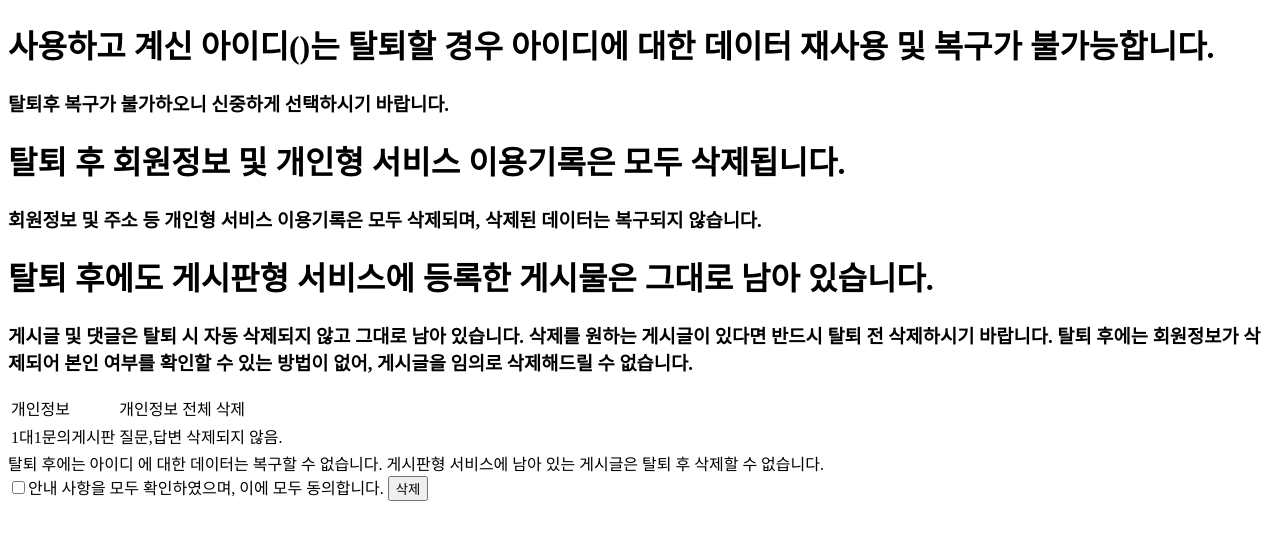
Repository: leehyeonung/project4
Page: http://localhost/book/WEB-INF/views/member/delete.jsp
An editor plug-in stored every save of this project. The page is shown before and after the next save, followed by the edit.
The browser window is 1280 px wide. The pictures show the whole page.
The page is served by Tomcat 9. Nobody is signed in. Other server files are loaded and not shown. The template is opened directly, without the code that normally fills it, so the values that code supplies are empty.

Above is the page before, as saved 2023-01-05 08:28:52.

### book/src/main/webapp/WEB-INF/views/member/delete.jsp
<%@ page language="java" contentType="text/html; charset=UTF-8"
    pageEncoding="UTF-8"%>
<!DOCTYPE html>
<html>
<head>
<meta charset="UTF-8">
<title>Insert title here</title>
</head>
<body>
<h1>사용하고 계신 아이디(${ses.mem_id})는 탈퇴할 경우 아이디에 대한 데이터 재사용 및 복구가 불가능합니다.</h1>
<h3>탈퇴후 복구가 불가하오니 신중하게 선택하시기 바랍니다.</h3>
<h1>탈퇴 후 회원정보 및 개인형 서비스 이용기록은 모두 삭제됩니다.</h1>
<h3>회원정보 및 주소 등 개인형 서비스 이용기록은 모두 삭제되며, 삭제된 데이터는 복구되지 않습니다.</h3>
<h1>탈퇴 후에도 게시판형 서비스에 등록한 게시물은 그대로 남아 있습니다.</h1>
<h3> 게시글 및 댓글은 탈퇴 시 자동 삭제되지 않고 그대로 남아 있습니다.
삭제를 원하는 게시글이 있다면 반드시 탈퇴 전 삭제하시기 바랍니다.
탈퇴 후에는 회원정보가 삭제되어 본인 여부를 확인할 수 있는 방법이 없어, 게시글을 임의로 삭제해드릴 수 없습니다.</h3>

<table>
<tr>
<td>개인정보</td>
<td>개인정보 전체 삭제</td>
</tr>
<tr>
<td>1대1문의게시판</td>
<td>질문,답변 삭제되지 않음.</td>
</tr>
</table>
탈퇴 후에는 아이디 ${ses.mem_id}에 대한 데이터는 복구할 수 없습니다.
게시판형 서비스에 남아 있는 게시글은 탈퇴 후 삭제할 수 없습니다.



<form action="/mem/delete?mem_num=${ses.mem_num}" method="post" >
<input type="checkbox" name="deletecheck" value="okay">안내 사항을 모두 확인하였으며, 이에 모두 동의합니다.
<button type="submit">삭제</button>

</form>
</body>
</html>

Loaded but not shown: book/src/main/webapp/resources/css/delete.css (common file)

After the next save:
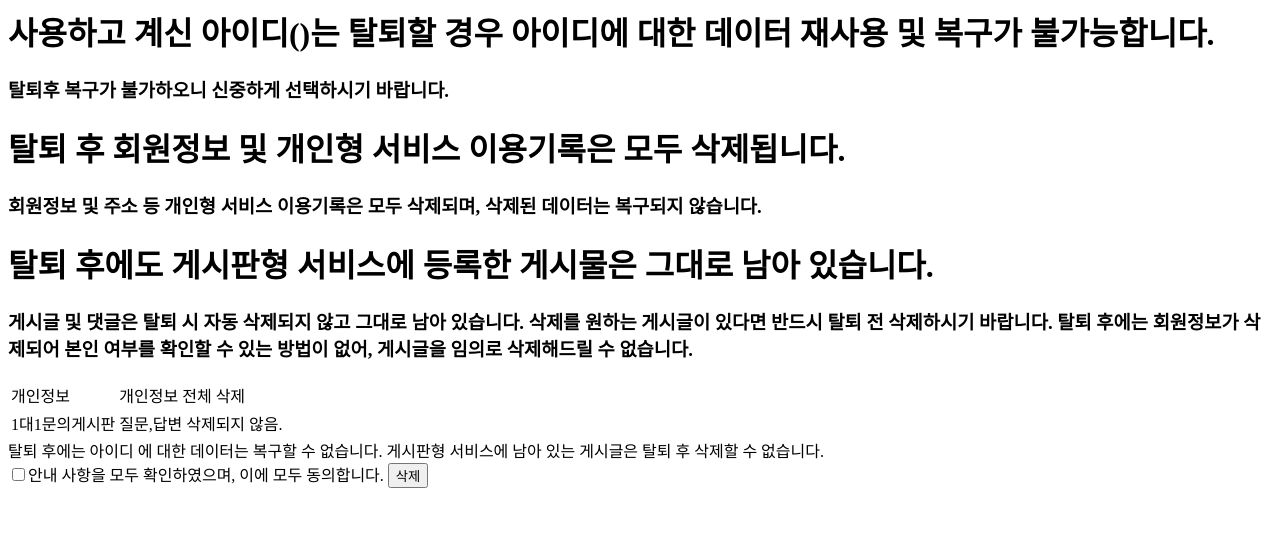
Saved 81 s later.
--- a/book/src/main/webapp/WEB-INF/views/member/delete.jsp
+++ b/book/src/main/webapp/WEB-INF/views/member/delete.jsp
@@ -1,5 +1,6 @@
 <%@ page language="java" contentType="text/html; charset=UTF-8"
     pageEncoding="UTF-8"%>
+<link rel="stylesheet" type="text/css" href="resources/css/delete.css">
 <!DOCTYPE html>
 <html>
 <head>
